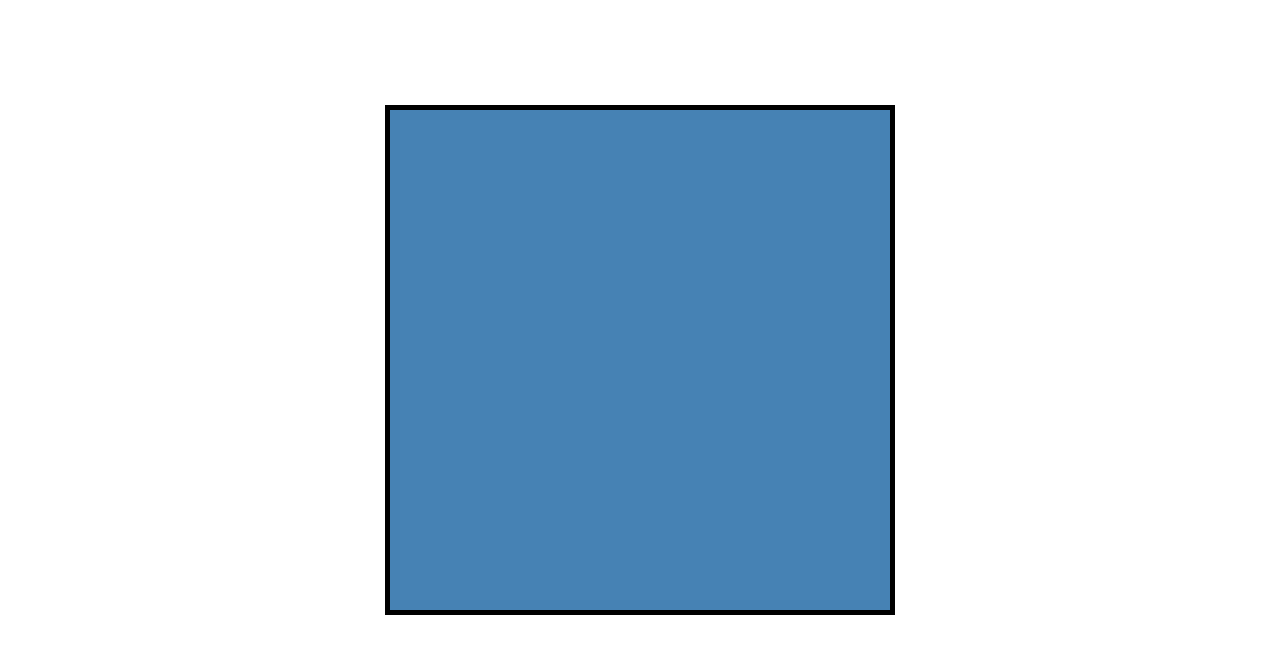
Repository: vasucp1207/seahorse-shooting-game
Page: index.html
These files come from the project's save history. The page is drawn as it stood at one moment and after the next save; the edit follows.
The browser window is 1280 px wide. The pictures show the whole page.

Above is the page before, as saved 2022-08-24 18:52:35.
Console error: TypeError: Cannot read properties of undefined (reading 'forEach')

### index.html
<!DOCTYPE html>
<html lang="en">
<head>
    <meta charset="UTF-8">
    <meta http-equiv="X-UA-Compatible" content="IE=edge">
    <meta name="viewport" content="width=device-width, initial-scale=1.0">
    <title>Document</title>
    <link rel="stylesheet" href="style.css">
</head>
<body>
    <canvas id="canvas"></canvas>

    <script src="script.js"></script>
</body>
</html>

### style.css
* {
    margin: 0;
    padding: 0;
    box-sizing: border-box;
}

#canvas{
    border: 5px solid black;
    position: absolute;
    top: 50%;
    left: 50%;
    transform: translate(-50%, -50%);
    background: steelblue;
    max-width: 100%;
    max-height: 100%;
}

### script.js
window.addEventListener('load', function () {
    const canvas = this.document.getElementById('canvas')
    const ctx = canvas.getContext('2d')
    canvas.width = 500
    canvas.height = 500

    class InputHandler {
        constructor(game) {
            this.game = game
            window.addEventListener('keydown', e => {
                if (((e.key === 'ArrowUp')
                    || (e.key === 'ArrowDown'))
                    && (this.game.keys.indexOf(e.key)) === -1) {
                    this.game.keys.push(e.key)
                } else if(e.key === ' '){
                    this.game.player.shootTop()
                }
            })
            window.addEventListener('keyup', e => {
                if (this.game.keys.indexOf(e.key) > -1) {
                    this.game.keys.splice(this.game.keys.indexOf(e.key), 1)
                }
            })
        }
    }

    class Projectile {
        constructor(game, x, y){
            this.game = game
            this.x = x
            this.y = y
            this.width = 10
            this.height = 10
            this.speed = 10
            this.markedForDeletion = false
        }

        update(){
            this.x += this.speed
            if(this.x > this.game.width * 0.9) this.markedForDeletion = true
        }

        draw(context){
            context.fillStyle = 'yellow'
            context.fillRect(this.x, this.y, this.width, this.height)
        }
    }

    class Player {
        constructor(game) {
            this.game = game
            this.width = 120
            this.height = 190
            this.x = 20
            this.y = 100
            this.speedY = 0
            this.maxSpeed = 2
            this.projectile = []
        }

        update() {
            if(this.game.keys.includes('ArrowUp')) this.speedY = -this.maxSpeed
            else if(this.game.keys.includes('ArrowDown')) this.speedY = this.maxSpeed
            else this.speedY = 0
            this.y += this.speedY

            this.projectile.forEach(projectile => {
                projectile.update()
            })
            this.projectile = this.projectile.filter(projectile => !projectile.markedForDeletion)
        }
        draw(context) {
            context.fillStyle = 'black'
            context.fillRect(this.x, this.y, this.width, this.height)
            this.projectile.forEach(projectile => {
                projectile.draw(context)
            })
        }
        shootTop(){
            if(this.game.amo > 0){
                this.projectile.push(new Projectile(this.game, this.x + 80, this.y + 80))
                this.game.amo--
            }
        }
    }

    class Particle {

    }

    class Enemy {
        constructor(game){
            this.game = game
            this.x = this.game.width
            this.speedX = Math.random() * -1.5 - 0.5
            this.markedForDeletion = false
        }
        update(){
            this.x += this.speedX
            if(this.x + this.width < 0) this.markedForDeletion = true
        }
        draw(context){
            context.fillStyle = 'red'
            context.fillRect(this.x, this.y, this.width, this.height)
        }
    }

    class Angler1 extends Enemy{
        constructor(game){
            super(game)
            this.width = 228
            this.height = 169
            this.y = Math.randomK() * (this.game.height * 0.9, this.height)
        }
    }

    class Layer {

    }

    class Background {

    }

    class UI {
        constructor(game){
            this.game = game
            this.fontSize = 25
            this.fontFamily = 'Helvetica'
            this.color = 'white'
        }
        draw(context){
            context.fillStyle = this.color
            for(let i = 0; i < this.game.amo; i++){
                context.fillRect(20 + 5 * i, 50, 3, 20)
            }
        }
    }

    class Game {
        constructor(width, height) {
            this.width = width
            this.height = height
            this.player = new Player(this)
            this.input = new InputHandler(this)
            this.ui = new UI(this)
            this.keys = []
            this.enemies = []
            this.enemyTimer = 0
            this.enemyInterval= 1000
            this.amo = 20
            this.amoTimer = 0
            this.amoInterval = 500
            this.maxAmo = 50
        }
        update(deltaTime) {
            this.player.update()
            if(this.amoTimer > this.amoInterval){
                if(this.amo < this.maxAmo) this.amo++
                this.amoTimer = 0
            }
            else{
                this.amoTimer += deltaTime
            }

            this.ememies.forEach(enemy => {
                enemy.update()
            })
            this.enemies = this.enemies.filter(enemy => !enemy.markedForDeletion)

        }

        draw(context) {
            this.player.draw(context)
            this.ui.draw(context)
            this.enemies.forEach(enemy => {
                enemy.draw(context)
            })
        }

        addEnemy(){
            this.enemies.push(new Angler1(this))
        }
    }

    const game = new Game(canvas.width, canvas.height)
    let lastTime = 0
    function animate(timeStamp) {
        const deltaTime = timeStamp - lastTime
        lastTime = timeStamp
        ctx.clearRect(0, 0, canvas.width, canvas.height)
        game.update(deltaTime)
        game.draw(ctx)
        requestAnimationFrame(animate)
    }
    animate(0)
})

After the next save:
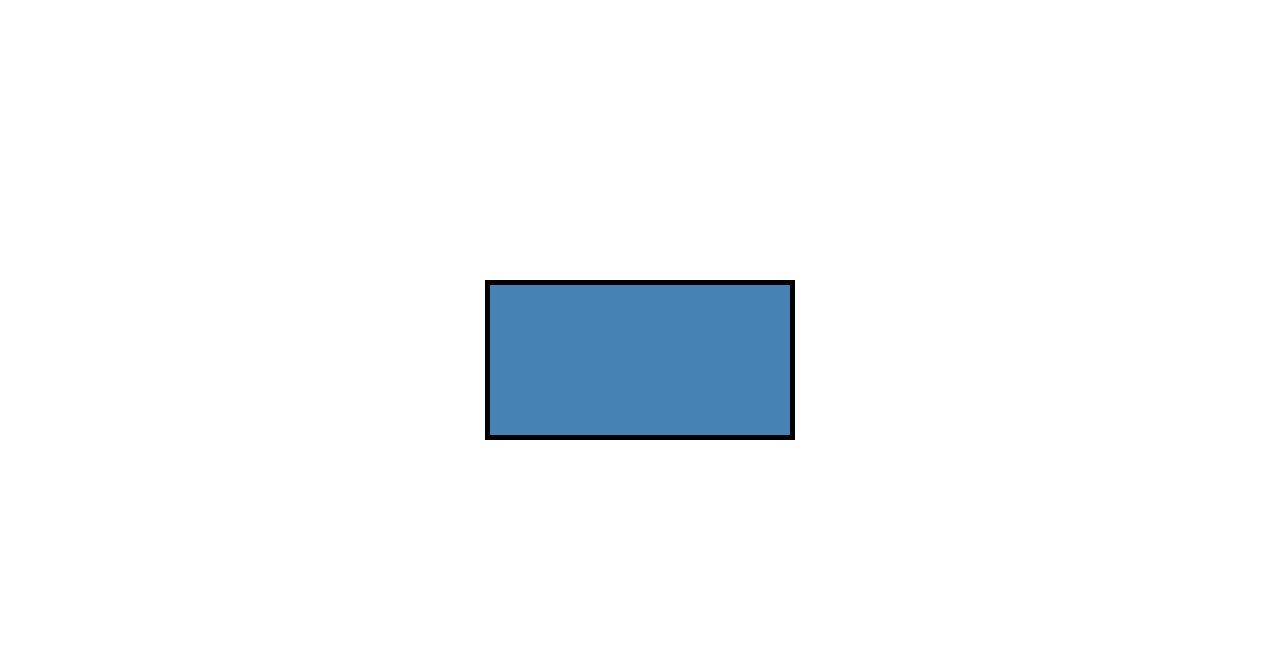
Console error: SyntaxError: Unexpected token ')'
Saved 7 s later.
--- a/script.js
+++ b/script.js
@@ -167,7 +167,7 @@
                 enemy.update()
             })
             this.enemies = this.enemies.filter(enemy => !enemy.markedForDeletion)
-
+            if(this.enemyTimer > this.)
         }
 
         draw(context) {

After the 3 saves that followed:
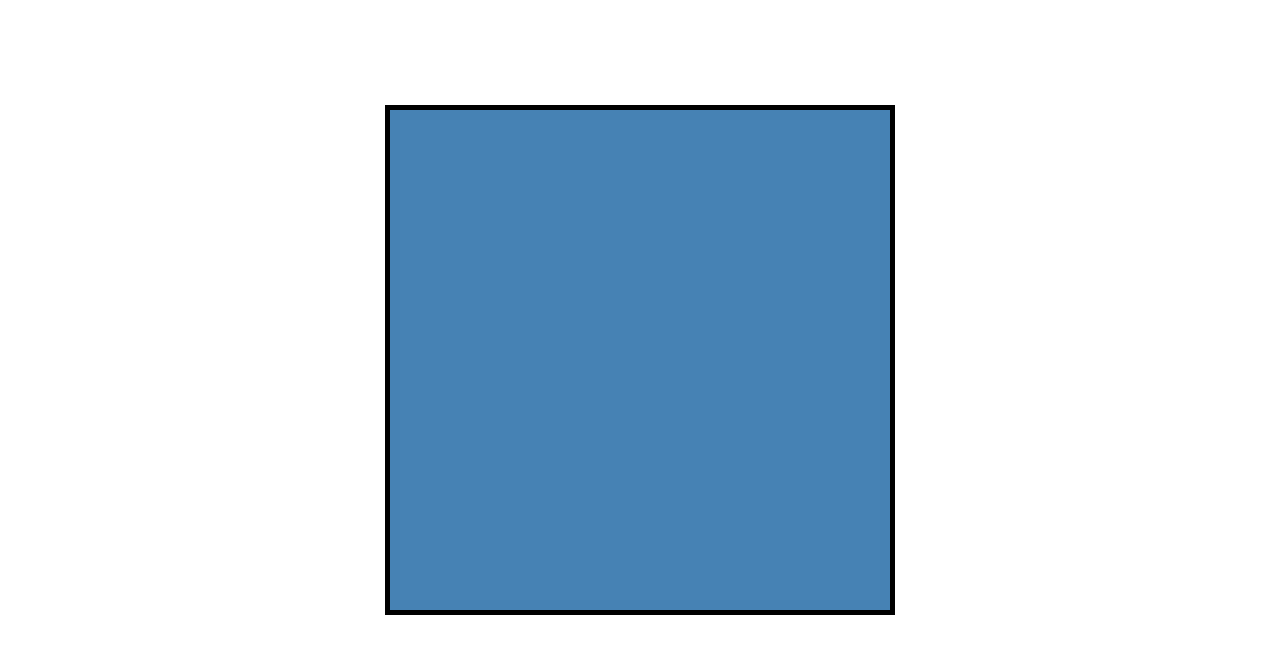
Console error: TypeError: Cannot read properties of undefined (reading 'forEach')
The 3 saves are shown as one change because 1 left the picture as it was and some came seconds apart.
The last was saved 13 s later.
--- a/script.js
+++ b/script.js
@@ -167,7 +167,9 @@
                 enemy.update()
             })
             this.enemies = this.enemies.filter(enemy => !enemy.markedForDeletion)
-            if(this.enemyTimer > this.)
+            if(this.enemyTimer > this.enemyInterval){
+
+            }
         }
 
         draw(context) {
